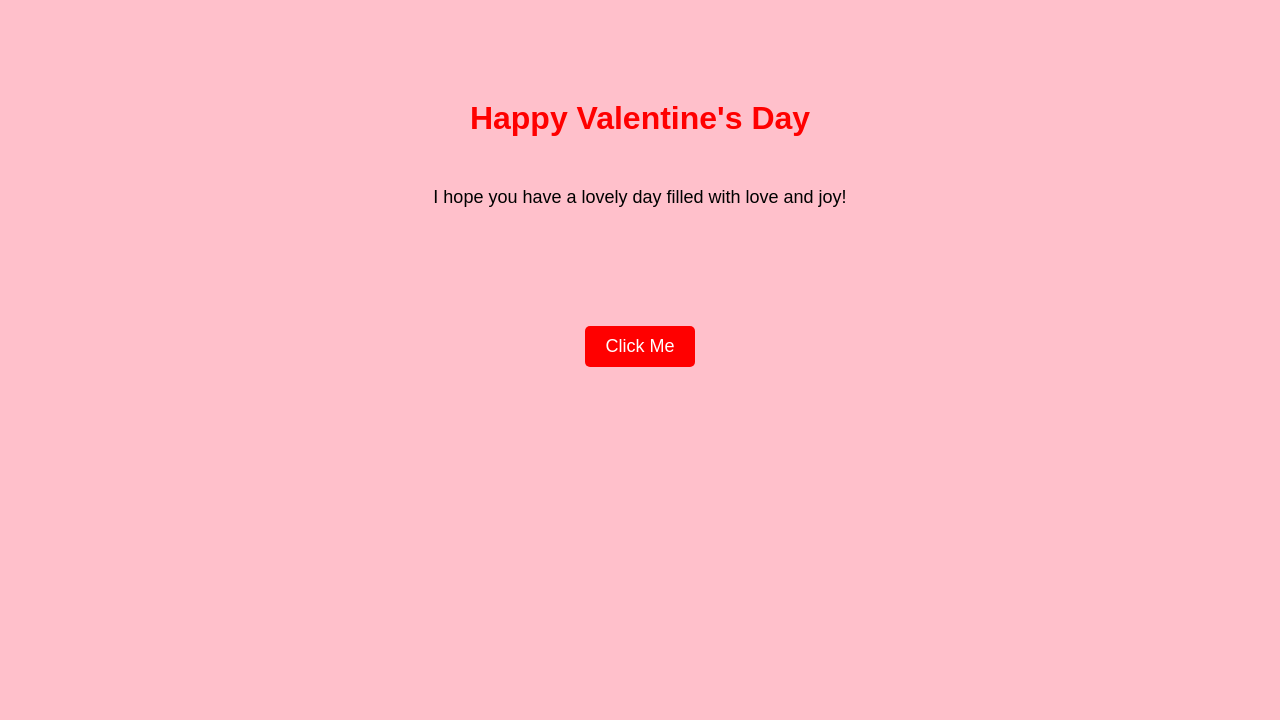
Repository: congbnvn0709/happy-valentine
Page: index.html
These files come from the project's save history. The page is drawn as it stood at one moment and after the next save; the edit follows.
The browser window is 1280 px wide. The pictures show the whole page.

Above is the page before, as saved 2023-01-30 22:22:39.

### index.html
<!DOCTYPE html>
<html>
  <head>
    <meta charset="utf-8" />
    <title>Happy Valentine's Day</title>
    <link rel="stylesheet" type="text/css" href="style.css" />
  </head>
  <body>
    <h1 id="title">Happy Valentine's Day</h1>
    <p id="message">I hope you have a lovely day filled with love and joy!</p>
    <button id="click-me">Click Me</button>
  </body>
  <script src="app.js"></script>
</html>

### style.css
body {
    background-color: pink;
    text-align: center;
    font-family: Arial, sans-serif;
  }

  #title {
    color: red;
    margin-top: 100px;
  }

  #message {
    margin-top: 50px;
    font-size: 18px;
  }

  button {
    margin-top: 100px;
    padding: 10px 20px;
    font-size: 18px;
    background-color: red;
    color: white;
    border: none;
    border-radius: 5px;
    cursor: pointer;
  }

### app.js
const button = document.getElementById("click-me");
button.addEventListener("click", function() {
  alert("I love you!");
});

After the next save:
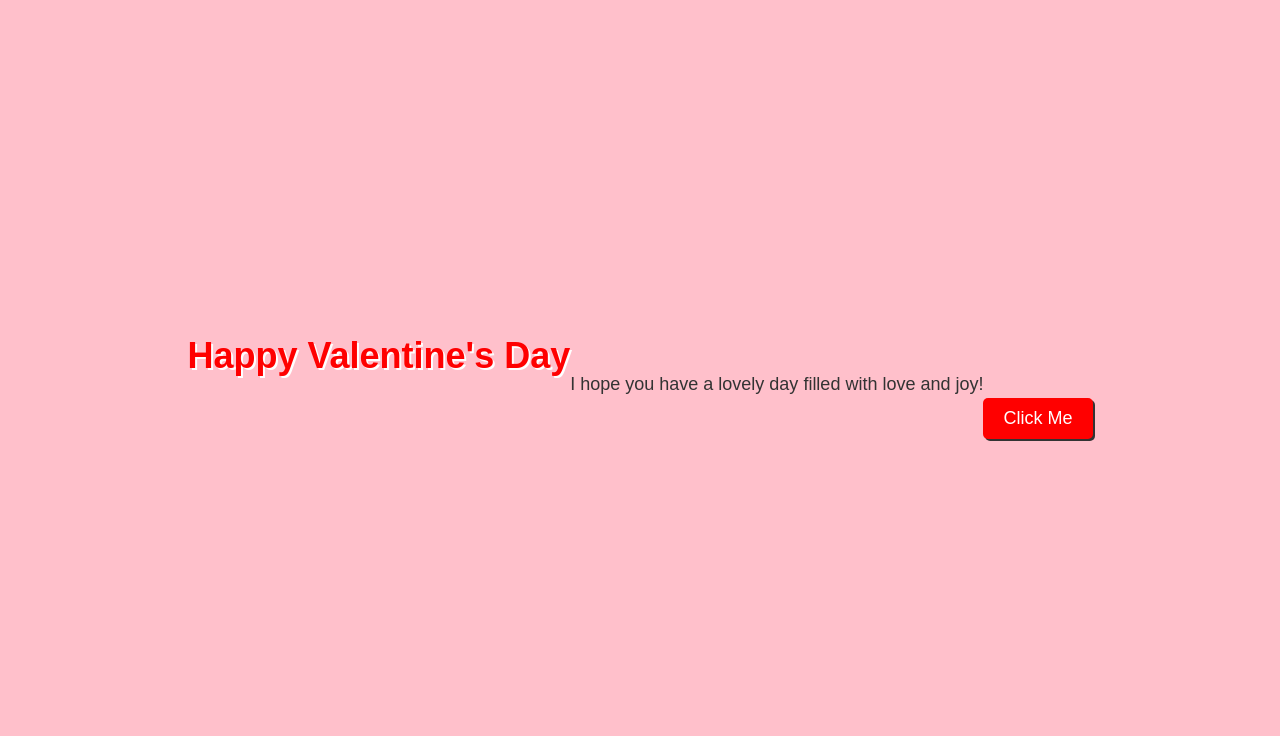
Saved 2 min 33 s later.
--- a/style.css
+++ b/style.css
@@ -2,16 +2,23 @@ body {
     background-color: pink;
     text-align: center;
     font-family: Arial, sans-serif;
+    display: flex;
+    align-items: center;
+    justify-content: center;
+    height: 100vh;
   }
 
   #title {
     color: red;
-    margin-top: 100px;
+    margin-top: 0;
+    font-size: 36px;
+    text-shadow: 2px 2px #fff;
   }
 
   #message {
     margin-top: 50px;
     font-size: 18px;
+    color: #333;
   }
 
   button {
@@ -23,4 +30,16 @@ body {
     border: none;
     border-radius: 5px;
     cursor: pointer;
+    box-shadow: 2px 2px #333;
+    transition: all 0.3s ease-in-out;
   }
+
+  button:hover {
+    transform: translateY(-3px);
+    box-shadow: 4px 4px #333;
+  }
+
+  button:active {
+    transform: translateY(2px);
+    box-shadow: 1px 1px #333;
+  }
